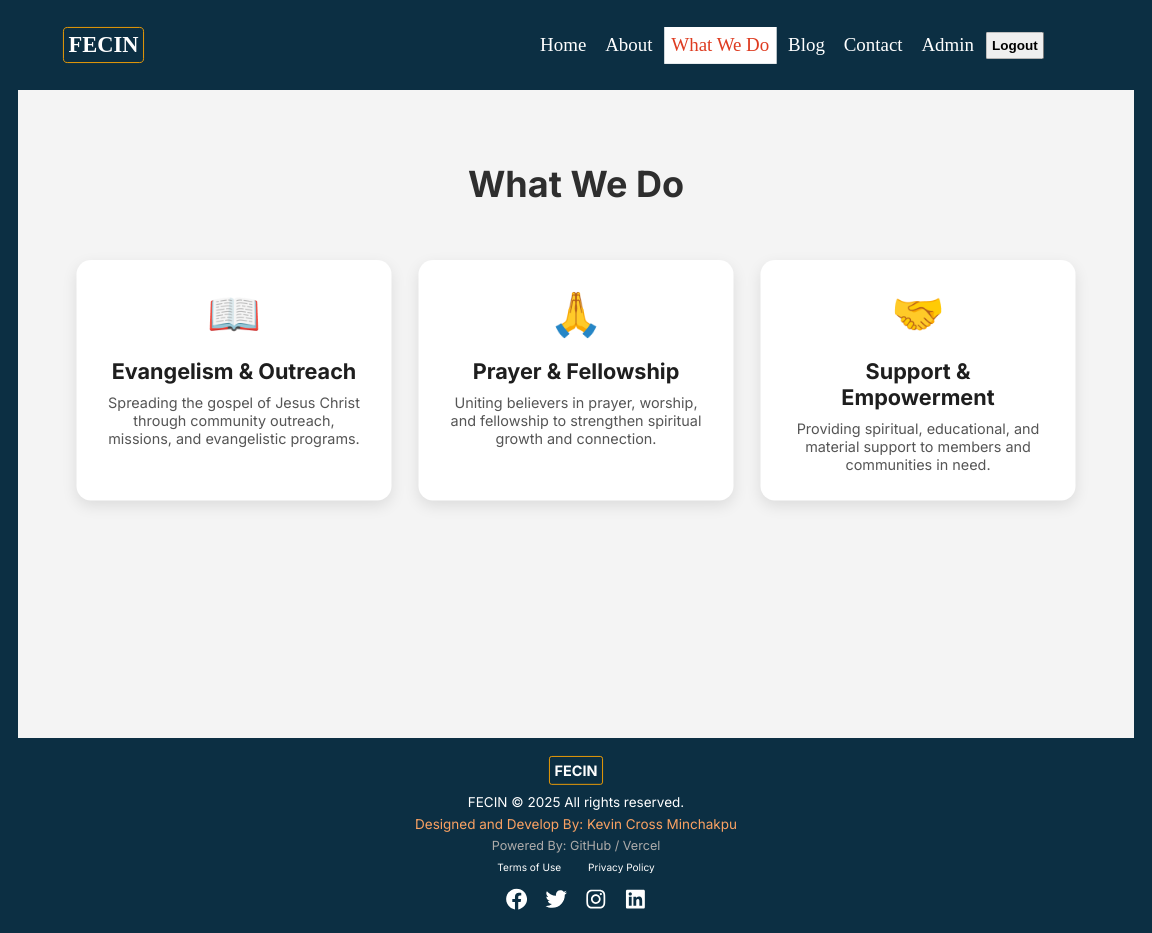
Repository: KCMinchakpu/fecin-projectgs497
Page: /whatwedo
These files come from the project's save history. The page is drawn as it stood at one moment and after the next save; the edit follows.
The browser window is 1280 px wide. The pictures show the whole page, at 90% of full size.
The project was rebuilt for these pictures with package versions that can differ from the ones it lists, and the page was loaded fresh each time. The framework's server and built-in components were replaced by stand-ins that run in the browser. Also part of the build but not shown: next.config.mjs.

Above is the page before, as saved 2025-04-05 17:07:00.

After the next save:
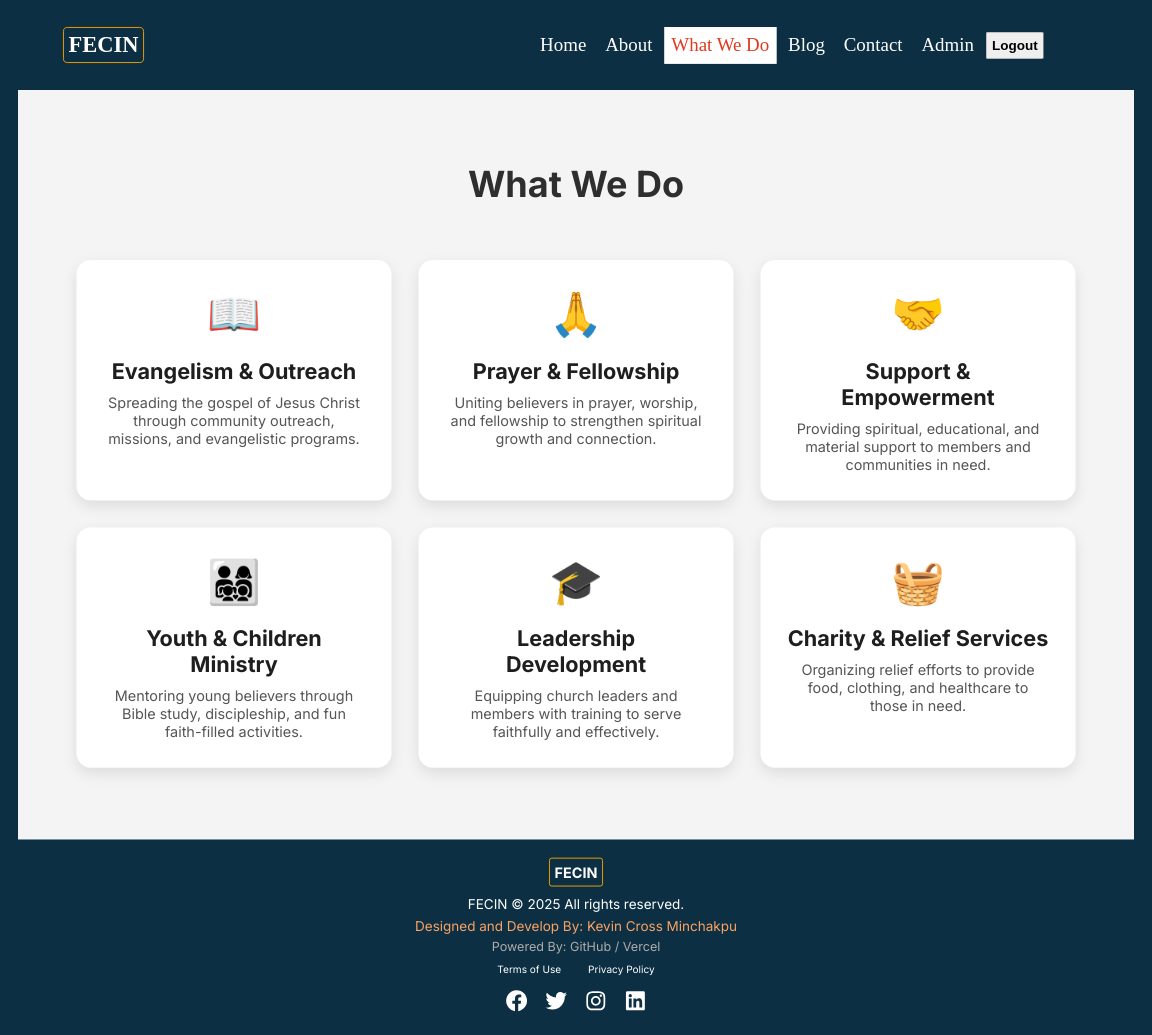
Saved 3 min 16 s later.
--- a/src/app/whatwedo/page.jsx
+++ b/src/app/whatwedo/page.jsx
@@ -19,6 +19,24 @@ const services = [
     description:
       'Providing spiritual, educational, and material support to members and communities in need.',
     icon: '🤝',
+  },
+  {
+    title: 'Youth & Children Ministry',
+    description:
+      'Mentoring young believers through Bible study, discipleship, and fun faith-filled activities.',
+    icon: '👨‍👩‍👧‍👦',
+  },
+  {
+    title: 'Leadership Development',
+    description:
+      'Equipping church leaders and members with training to serve faithfully and effectively.',
+    icon: '🎓',
+  },
+  {
+    title: 'Charity & Relief Services',
+    description:
+      'Organizing relief efforts to provide food, clothing, and healthcare to those in need.',
+    icon: '🧺',
   },
 ];
 
